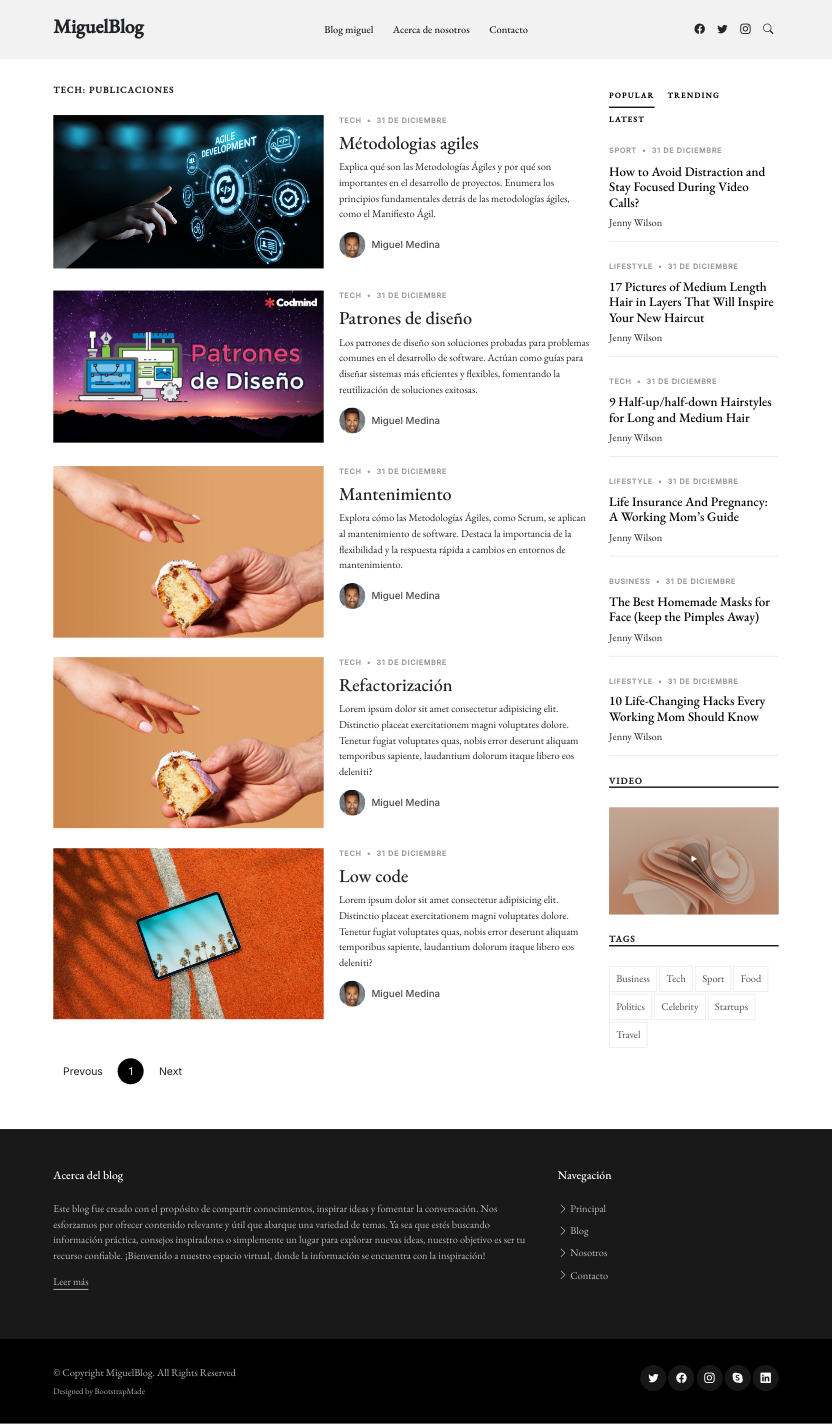
Repository: MiguelDev5/blog-miguel
Page: index.html
An editor plug-in stored every save of this project. The page is shown before and after the next save, followed by the edit.
The browser window is 1280 px wide. The pictures show the whole page, at 65% of full size.
Some web fonts or font styles are not loaded; a fallback is used.

Above is the page before, as saved 2024-01-01 20:37:18.

After the next save:
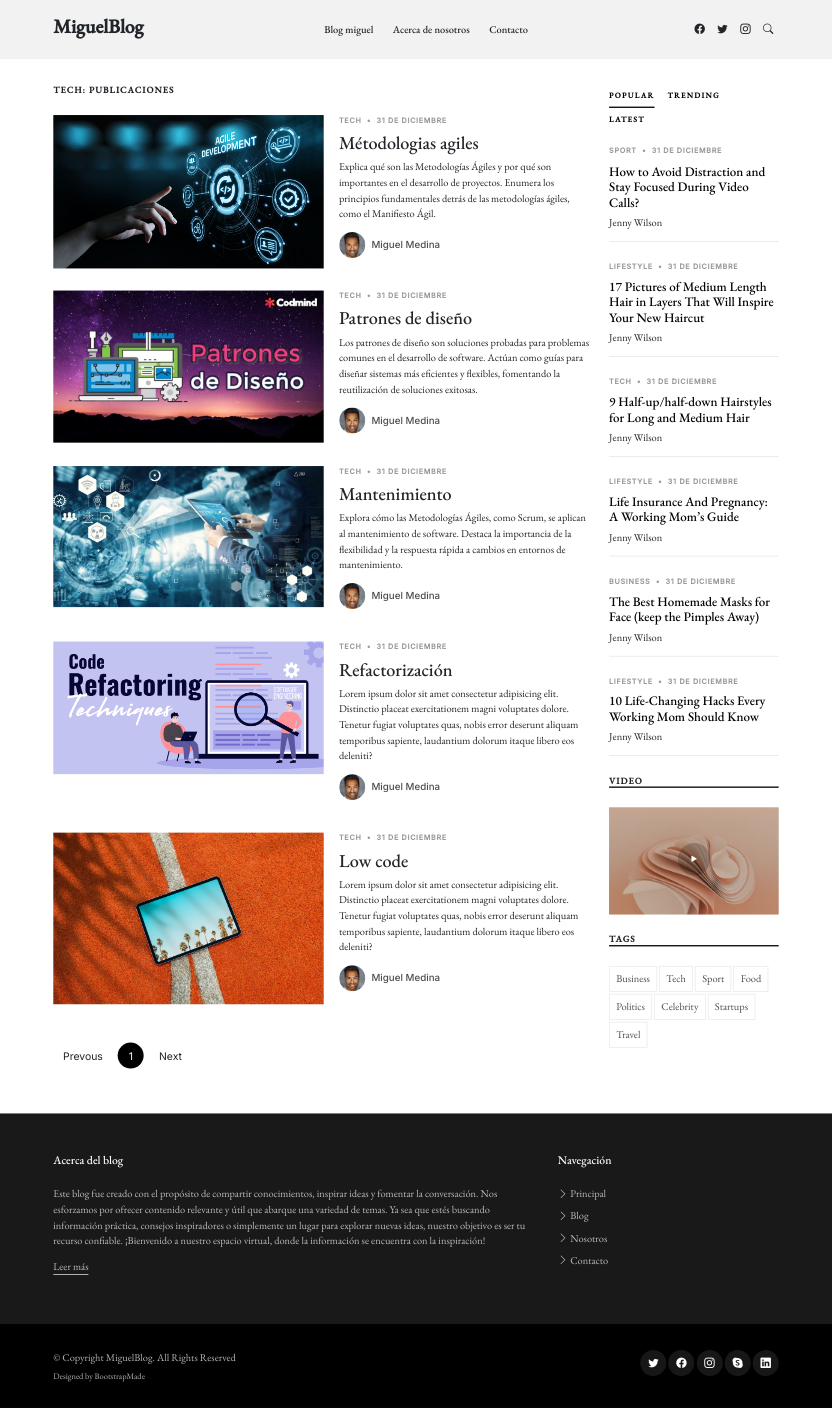
Saved 21 s later.
--- a/index.html
+++ b/index.html
@@ -126,7 +126,7 @@
 
             <div class="d-md-flex post-entry-2 half">
               <a href="single-post.html" class="me-4 thumbnail">
-                <img src="assets/img/post-landscape-2.jpg" alt="" class="img-fluid">
+                <img src="assets/img/m001.jpg" alt="" class="img-fluid">
               </a>
               <div>
                 <div class="post-meta"><span class="date">Tech</span> <span class="mx-1">&bullet;</span> <span>31 de Diciembre</span></div>
@@ -143,7 +143,7 @@
 
             <div class="d-md-flex post-entry-2 half">
               <a href="single-post.html" class="me-4 thumbnail">
-                <img src="assets/img/post-landscape-2.jpg" alt="" class="img-fluid">
+                <img src="assets/img/r001.png" alt="" class="img-fluid">
               </a>
               <div>
                 <div class="post-meta"><span class="date">Tech</span> <span class="mx-1">&bullet;</span> <span>31 de Diciembre</span></div>
